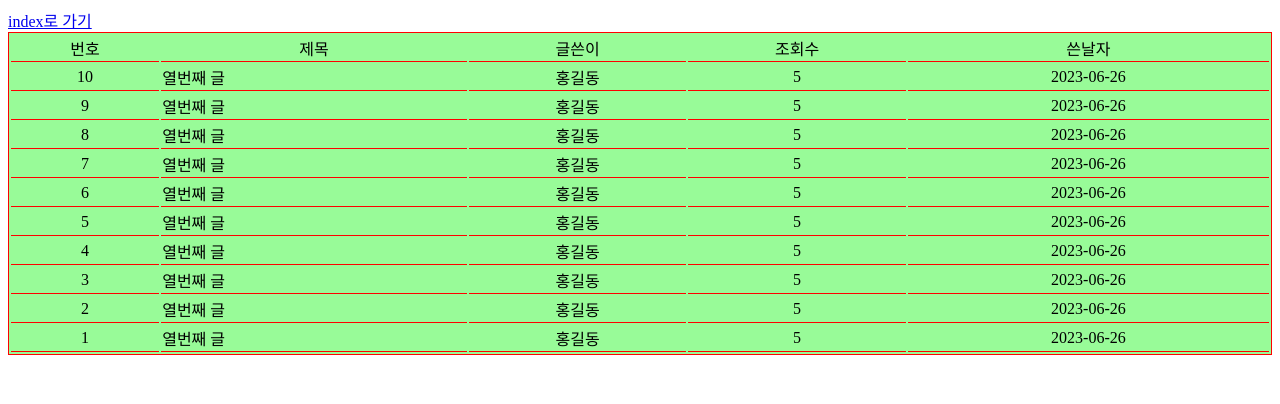
Repository: popll1/Pleiades
Page: http://localhost/jun261/main.jsp
An editor plug-in stored every save of this project. The page is shown before and after the next save, followed by the edit.
The browser window is 1280 px wide. The pictures show the whole page.
The page is served by Tomcat 9.

Above is the page before, as saved 2023-06-26 06:32:00.

After the next save:
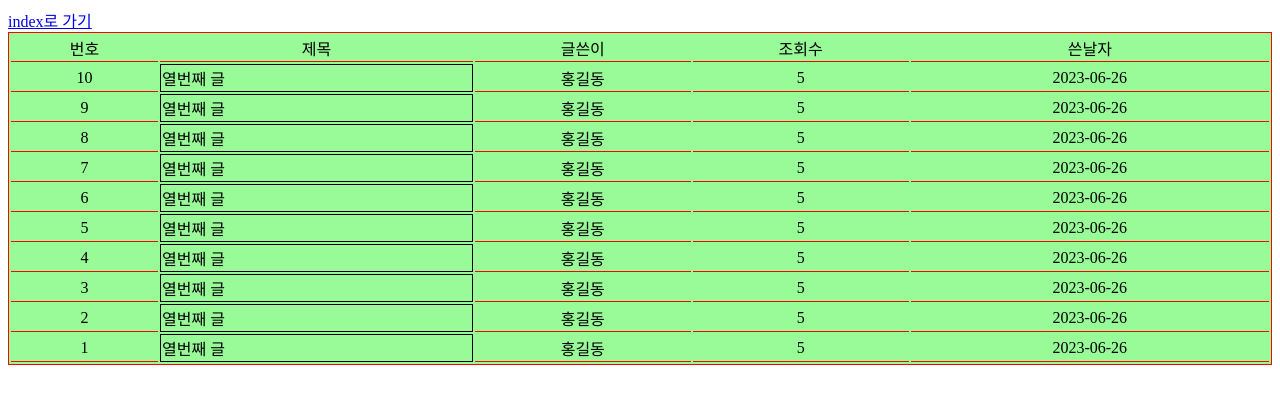
Saved 27 s later.
--- a/jun261/src/main/webapp/main.jsp
+++ b/jun261/src/main/webapp/main.jsp
@@ -19,6 +19,7 @@
  }
  /* id="title" --> #title */
  #title {
+    border : 1px black solid ;
     text-align: left;
 
 }

After the save that followed:
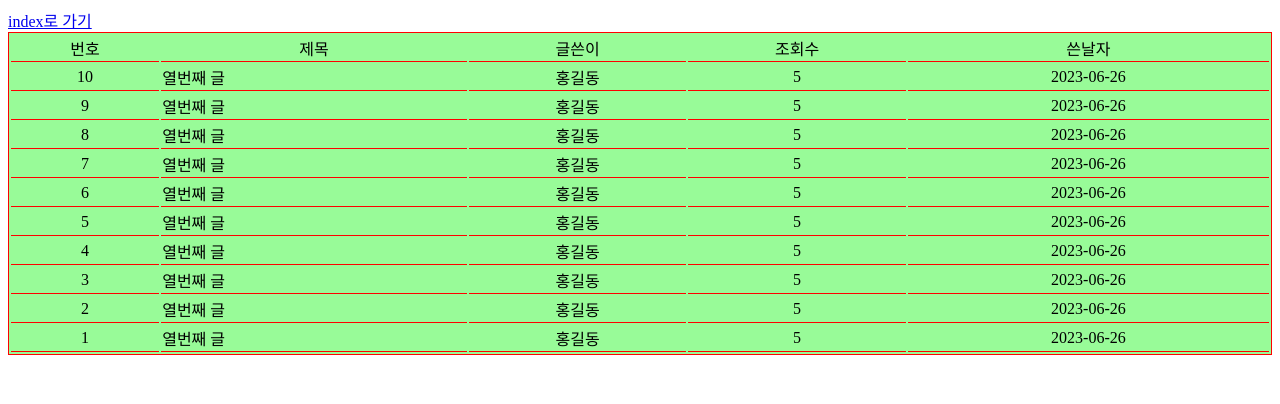
Saved 18 s later.
--- a/jun261/src/main/webapp/main.jsp
+++ b/jun261/src/main/webapp/main.jsp
@@ -19,7 +19,6 @@
  }
  /* id="title" --> #title */
  #title {
-    border : 1px black solid ;
     text-align: left;
 
 }
